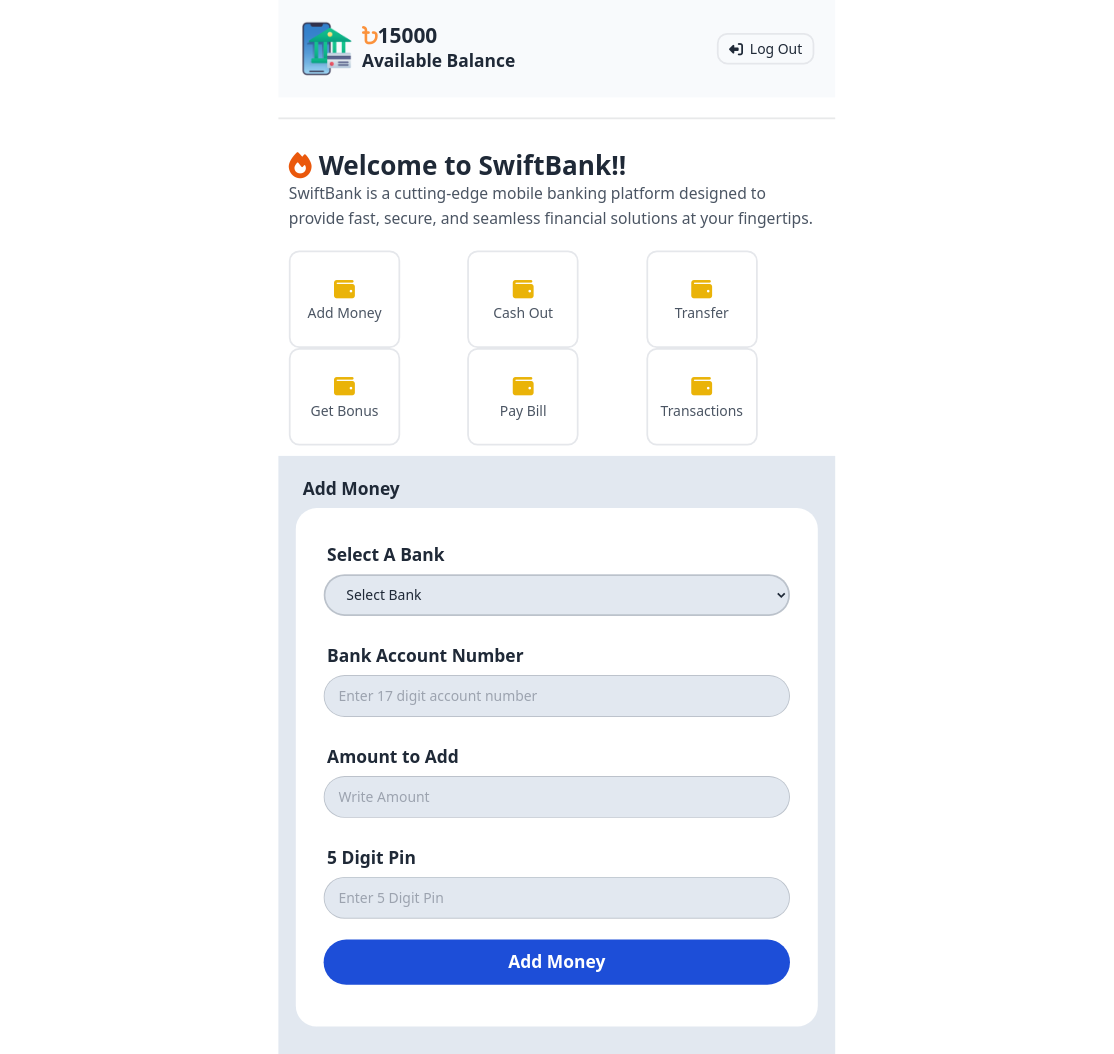
Repository: mukaddam-coder/swift-bank-mobile-banking
Page: home.html
These files come from the project's save history. The page is drawn as it stood at one moment and after the next save; the edit follows.
The browser window is 1280 px wide. The pictures show the whole page, at 87% of full size.
Some web libraries are served in a nearby version.

Above is the page before, as saved 2024-12-16 21:20:26.

### home.html
<!DOCTYPE html>
<html lang="en">
<head>
    <meta charset="UTF-8">
    <meta name="viewport" content="width=device-width, initial-scale=1.0">
    <title>SwiftBank</title>
    <!-- Fontawesome CDN -->
    <script src="https://kit.fontawesome.com/c4e7b2ed2f.js" crossorigin="anonymous"></script>
    <!-- Google Fonts -->
    <link rel="preconnect" href="https://fonts.googleapis.com">
    <link rel="preconnect" href="https://fonts.gstatic.com" crossorigin>
    <link href="https://fonts.googleapis.com/css2?family=Montserrat:ital,wght@0,100..900;1,100..900&display=swap" rel="stylesheet">
    <!-- Tailwind + DaisyUi CDN -->
    <link href="https://cdn.jsdelivr.net/npm/daisyui@4.12.19/dist/full.min.css" rel="stylesheet" type="text/css" />
    <script src="https://cdn.tailwindcss.com"></script>

</head>
<body>

<main>
  <div class="w-1/2 mx-auto p-6 bg-slate-50 h-full flex justify-between items-center">
    <div class="flex gap-2">
        <!-- Logo -->
    <div>
    <img class="w-16 h-16" src="images/mobile-banking.png">
    </div>
    <div>
   <h2 class="text-2xl font-bold" id="main-balance">
   <i class="fa-solid fa-bangladeshi-taka-sign text-orange-400"></i>15000</h2>
   <p class="font-semibold text-xl">Available Balance</p>
</div>
</div>
<div>
<button class="border-2 w-28 px-1 py-1 rounded-xl"> <i class="fa-solid fa-right-from-bracket rotate-180 mr-2"></i>Log Out</button>
</div>
        </div>
    <div class="divider w-1/2 mx-auto"></div>
    <!-- Greetings Section -->
        <section class="w-1/2 mx-auto p-3">
            <h1 class="font-bold text-3xl"><i class="fa-solid fa-fire text-orange-600 text-3xl mr-2"></i>Welcome to SwiftBank!!</h1>
            <p class="text-gray-600 text-lg">
                SwiftBank is a cutting-edge mobile banking platform designed to provide fast, secure, and seamless financial solutions at your fingertips.
            </p>
        </section>
     <!-- User Actionable Dashboard -->

     <section class="w-1/2 mx-auto">
        <div class="grid grid-cols-3 p-3">
          <div class=>
            <button id="show-add-money-section" class="border-2 w-32 h-28 rounded-xl bg-white text-gray-600">
            <p>
              <i class="fa-solid fa-wallet text-yellow-500 text-2xl"></i>
            </p>
            Add Money
           </button>
        </div>
          <div class>
             <button id="show-cash-out-section" class="border-2 w-32 h-28 rounded-xl bg-white text-gray-600">
              <p><i class="fa-solid fa-wallet text-yellow-500 text-2xl"></i></p>
                Cash Out
              </button>
            </div>
          <div>
          <button id="show-money-transfer-section" class="border-2 w-32 h-28 rounded-xl bg-white text-gray-600">
              <p><i class="fa-solid fa-wallet text-2xl text-yellow-500"></i></p>
                Transfer
              </button>
            </div>
          <div class="">
        <button id="show-get-bonus-section" class="border-2 w-32 h-28 rounded-xl bg-white text-gray-600">
            <p><i class="fa-solid fa-wallet text-2xl text-yellow-500"></i></p>
                Get Bonus
            </button>
          </div>
        <div class="">
          <button id="show-pay-bill-section" class="border-2 w-32 h-28 rounded-xl bg-white text-gray-600">
              <p><i class="fa-solid fa-wallet text-2xl text-yellow-500"></i></p>
                      Pay Bill
            </button>
          </div>
        <div class="">
          <button id="show-transaction-history" class="border-2 w-32 h-28 rounded-xl bg-white text-gray-600">
              <p><i class="fa-solid fa-wallet text-2xl text-yellow-500"></i></p>
                      Transactions
              </button>
            </div>

        </div>
      </section>
      <!-- Add Money Section Start -->
      <section id ="add-money-section" class="w-1/2 mx-auto px-5 py-4 bg-slate-200">
        <h2 class="p-2 font-bold text-xl">Add Money</h2>
        <form class="card-body bg-white rounded-3xl">
            <div class="form-control mb-4">
              <label class="label">
                <span class="label-text font-semibold text-xl">Select A Bank</span>
              </label>
              <select id="bank"  class="input-bordered rounded-full bg-slate-200 h-12 px-5 border-2">
                <option value="Select Bank">Select Bank</option>
                <option value="AB Bank PLC">AB Bank PLC</option>
                <option value="Bangladesh Commerce Bank Limited">Bangladesh Commerce Bank Limited</option>
                <option value="Islami Bank Bangladesh PLC">Islami Bank Bangladesh PLC</option>
                <option value="Dutch-Bangla Bank PLC">Dutch-Bangla Bank PLC</option>
                <option value="Jamuna Bank Limited">Jamuna Bank Limited</option>
                <option value="Trust Bank PLC">Trust Bank PLC</option>
              </select>
              </div>
            <div class="form-control mb-4">
              <label class="label">
                <span class="label-text font-semibold text-xl">Bank Account Number</span>
              </label>
              <input id="input-bank-account-field" type="text" placeholder="Enter 17 digit account number" class="input input-bordered rounded-full bg-slate-200" required />
            </div>
            <div class="form-control mb-4">
              <label class="label">
                <span class="label-text font-semibold text-xl">Amount to Add</span>
              </label>
              <input id="input-amount-field" type="text" placeholder="Write Amount" class="input input-bordered rounded-full bg-slate-200" required />
              </div>
            <div class="form-control mb-4">
              <label class="label">
                <span class="label-text font-semibold text-xl">5 Digit Pin</span>
              </label>
              <input id="input-add-money-pin-number" type="password" placeholder="Enter 5 Digit Pin" class="input input-bordered rounded-full bg-slate-200" required />
              </div>
            <div class="form-control mb-4">
              <button id="btn-add-money" class="bg-blue-700 font-bold text-xl text-white p-3 rounded-full">Add Money</button>
            </div>
          </form>
          <!-- Result Message -->
        <p id="result-message" class="text-center font-bold text-lg mt-4"></p>
      </section>
      <!-- Add Money Section End -->

      <!-- Cash Out Section Start -->
      <section id ="cash-out-section" class="hidden w-1/2 mx-auto px-5 py-4 bg-slate-200">
        <h2 class="p-2 font-bold text-xl">Cash Out</h2>
        <form class="card-body bg-white rounded-3xl">
            <div class="form-control mb-4">
              <label class="label">
                <span class="label-text font-semibold text-xl">Agent Number</span>
              </label>
              <input type="number" id="input-cash-out-phone" placeholder="Enter 11 digit number" class="input input-bordered rounded-full bg-slate-200" maxlength="11" required >
              </div>
             <div class="form-control mb-4">
              <label class="label">
                <span class="label-text font-semibold text-xl">Withdrawal Amount</span>
              </label>
              <input id="input-cash-out-field" type="text" placeholder="Write Amount" class="input input-bordered rounded-full bg-slate-200" required />
            </div>
            <div class="form-control mb-4">
              <label class="label">
                <span class="label-text font-semibold text-xl">5 Digit Pin</span>
              </label>
              <input id="input-cash-out-pin-number" type="password" placeholder="Enter 5 Digit Pin" class="input input-bordered rounded-full bg-slate-200" required />
              </div>
          <div class="form-control mb-4">
              <button id="btn-cash-out" class="bg-blue-700 font-bold text-xl text-white p-3 rounded-full">Cash Out</button>
            </div>
          </form>
      </section>
     <!-- Cash Out Section End -->

     <!-- Money Transfer Section Start -->
     <section id ="money-transfer-section" class="hidden w-1/2 mx-auto px-5 py-4 bg-slate-200">
      <h2 class="p-2 font-bold text-xl">Money Transfer</h2>
      <form class="card-body bg-white rounded-3xl">
          <div class="form-control mb-4">
            <label class="label">
              <span class="label-text font-semibold text-xl">User Account Number</span>
            </label>
            <input type="number" id="input-money-transfer-number" placeholder="Enter 11 digit number" class="input input-bordered rounded-full bg-slate-200" maxlength="11" required >
            </div>
           <div class="form-control mb-4">
            <label class="label">
              <span class="label-text font-semibold text-xl">Amount</span>
            </label>
            <input id="input-money-transfer-amount" type="text" placeholder="Enter Amount to transfer" class="input input-bordered rounded-full bg-slate-200" required />
          </div>
          <div class="form-control mb-4">
            <label class="label">
              <span class="label-text font-semibold text-xl">5 Digit Pin</span>
            </label>
            <input id="input-money-transfer-pin" type="password" placeholder="Enter 5 Digit Pin" class="input input-bordered rounded-full bg-slate-200" required />
            </div>
           <div class="form-control mb-4">
            <button id="btn-money-transfer" class="bg-blue-700 font-bold text-xl text-white p-3 rounded-full">Send Now</button>
          </div>
        </form>
    </section>
     <!-- Money Transfer Section End -->

     <!-- Get Bonus Section Start -->
     <section id ="get-bonus-section" class="hidden w-1/2 mx-auto px-5 py-4 bg-slate-200">
      <h2 class="p-2 font-bold text-xl">Get Bonus</h2>
      <form class="card-body bg-white rounded-3xl">
          <div class="form-control mb-4">
            <label class="label">
              <span class="label-text font-semibold text-xl">Bonus Coupon</span>
            </label>
            <input type="text" id="input-bonus-coupon" placeholder="Enter coupon code" class="input input-bordered rounded-full bg-slate-200" maxlength="11" required >
            </div>

           <div class="form-control mb-4">
            <button id="btn-get-bonus" class="bg-blue-700 font-bold text-xl text-white p-3 rounded-full">Get Bonus</button>
          </div>
        </form>
    </section>
     <!-- Get Bonus Section End -->

     <!-- Pay Bill Section Start -->
     <section id ="pay-bill-section" class="hidden w-1/2 mx-auto px-5 py-4 bg-slate-200">
      <h2 class="p-2 font-bold text-xl">Pay Bill</h2>
      <form class="card-body bg-white rounded-3xl">
          <div class="form-control mb-4">
            <label class="label">
              <span class="label-text font-semibold text-xl">Select to Pay</span>
            </label>
            <select id="payment-list"  class="input-bordered rounded-full bg-slate-200 h-12 px-5 border-2">
              <option value="Select option">Select Payment Option</option>
              <option value="Electricity Bill">Electricity Bill</option>
              <option value="Gas Bill">Gas Bill</option>
              <option value="Water Bill">Water Bill</option>
              <option value="Internet Bill">Internet Bill</option>
              <option value="Mobile Recharge">Mobile Recharge</option>
              <option value="Tax Payments">Tax Payments</option>
              <option value="College/University Tuition Fees">College/University Tuition Fees</option>
              <option value="Bus/Train Tickets">Bus/Train Tickets</option>
              <option value="Bus/Train Tickets">Passport or Visa Fees</option>
              <option value="Credit Card Bill Payments">Credit Card Bill Payments</option>
            </select>
            </div>
           <div class="form-control mb-4">
            <label class="label">
              <span class="label-text font-semibold text-xl">Billar Account Number</span>
            </label>
            <input id="input-billar-account-number-field" type="text" placeholder="Enter account number" class="input input-bordered rounded-full bg-slate-200" required />
            </div>
          <div class="form-control mb-4">
            <label class="label">
              <span class="label-text font-semibold text-xl">Amount to Pay</span>
            </label>
            <input id="input-pay-bill-amount-field" type="number" placeholder="Write Amount" class="input input-bordered rounded-full bg-slate-200" required />
            </div>
          <div class="form-control mb-4">
            <label class="label">
              <span class="label-text font-semibold text-xl">5 Digit Pin</span>
            </label>
            <input id="input-pay-bill-pin-number" type="password" placeholder="Enter 5 Digit Pin" class="input input-bordered rounded-full bg-slate-200" required />
            </div>
          <div class="form-control mb-4">
            <button id="btn-pay-bill" class="bg-blue-700 font-bold text-xl text-white p-3 rounded-full">Pay Now</button>
          </div>
        </form>
        <!-- Result Message -->
        <p id="result-message" class="text-center font-bold text-lg mt-4"></p>
    </section>
     <!-- Pay Bill Section End -->

     <!-- Transaction History Start -->
     <section id ="transaction-history-section" class="hidden w-1/2 mx-auto px-5 py-4 bg-slate-200">
      <div class="flex justify-between items-center">
        <h2 class="p-2 font-bold text-xl">Transaction History</h2>
        <p class="p-2">
          <a href="#">View All</a>
        </p>
      </div>

      <div id="transaction-container">

      </div>
    </section>
     <!-- Transaction History End -->
      <script src="Jscript/utilities.js"></script>
      <script src="Jscript/add-money.js"></script>
      <script src="Jscript/cash-out.js"></script>
      <script src="Jscript/features.js"></script>
      <script src="Jscript/money-transfer.js"></script>
      <script src="Jscript/bonus.js"></script>
      <script src="Jscript/pay-bill.js"></script>
       </main>

</body>
</html>

### Jscript/utilities.js
function getInputFieldValueById(id){
    const inputValue = document.getElementById(id).value;
    const inputNumber = parseFloat(inputValue);
    return inputNumber;
}


function getTextFieldValueById(id){
    const textValue = document.getElementById(id).innerText;
    const textNumber = parseFloat(textValue);
    return textNumber;
}

function showSectionById(id){
    // Hide all the section
    document.getElementById('add-money-section').classList.add('hidden');
    document.getElementById('cash-out-section').classList.add('hidden');
    document.getElementById('money-transfer-section').classList.add('hidden');
    document.getElementById('get-bonus-section').classList.add('hidden');
    document.getElementById('pay-bill-section').classList.add('hidden');
//    Show the section with the provided id
    document.getElementById(id).classList.remove('hidden');
};

### Jscript/add-money.js
document.getElementById('btn-add-money').addEventListener('click', function(event){
    event.preventDefault();
   const bankList = document.getElementById('bank').value;
   const addMoney = getInputFieldValueById('input-amount-field');
   const pinNumber = getInputFieldValueById('input-add-money-pin-number');
   const bankAccNumber = getInputFieldValueById('input-bank-account-field');
   const mainBalance = getTextFieldValueById('main-balance');


    if(isNaN(addMoney)){
        alert('Please enter a positive number to add money.');
        return;
    }

    if(addMoney <= 0 ){
        alert('Please enter a positive number to add money.')
    }

   if(pinNumber === 19945 && bankAccNumber >= 6){
        const newBalance = mainBalance + addMoney;
        document.getElementById('main-balance').innerText = newBalance;
        // Get Transaction time
        const transactionTime = new Date();
        const formattedTime = transactionTime.toLocaleString();

        // Add to transaction histoy
       const transactionDiv = document.createElement('div');
               transactionDiv.classList.add('bg-white', 'rounded-xl', 'p-4', 'mb-4');
               transactionDiv.innerHTML = `
                   <div class = "flex justify-between items-center gap-1">
                       <div class="flex w-1/3">
                       <p><i class="fa-solid fa-wallet text-2xl text-yellow-500 rounded-full bg-slate-200 px-3 py-2"></i></p>
                       <h2 class="p-1 font-bold text-xl text-center">Add Money</h2>
                       </div>
                       <div class="flex-1">
                       <p class="text-md"><span class ="font-bold text-green-600">From ${bankList}</span> BDT: ${addMoney} was added to your account, and your new balance is BDT: ${newBalance}</p>
                       <p class="text-sm text-gray-500 font-bold">Transaction Time: ${formattedTime}</p>
                       </div>
                    </div>`;

               // Append transaction to the transaction history container
               document.getElementById('transaction-container').appendChild(transactionDiv);
         }

   else{
    alert('Failed to add money!Please try again.')
   }
})

### Jscript/cash-out.js
document.getElementById('btn-cash-out').addEventListener('click', function(event){
    event.preventDefault();
    const cashOut = getInputFieldValueById('input-cash-out-field');
    const cashOutPin = getInputFieldValueById('input-cash-out-pin-number');
    const agentNumber = getInputFieldValueById('input-cash-out-phone');
    const mainBalance = getTextFieldValueById('main-balance');


    if(isNaN(cashOut)){
        alert('Please enter a positive number to cash out.')
        return;
    }
    if(cashOut <= 0){
        alert('Please enter a valid amount to cash out.')
        return;
    }

    if(cashOut > mainBalance){
        alert('You do not have sufficient balance to cash out.');
        return;
    }

    if(cashOutPin === 19945 && agentNumber === 1735109219){

        const newBalance = mainBalance - cashOut;
     document.getElementById('main-balance').innerText = newBalance;

     // Get Transaction time
     const transactionTime = new Date();
     const formattedTime = transactionTime.toLocaleString();

     // Add to transaction histoy
    const transactionDiv = document.createElement('div');
            transactionDiv.classList.add('bg-white', 'rounded-xl', 'p-4', 'mb-4');
            transactionDiv.innerHTML = `
                <div class = "flex justify-between items-center gap-1">
                    <div class="flex w-1/3">
                    <p><i class="fa-solid fa-wallet text-2xl text-yellow-500 rounded-full bg-slate-200 px-3 py-2"></i></p>
                    <h2 class="p-1 font-bold text-xl text-center">Cash Out</h2>
                    </div>
                    <div class="flex-1">
                    <p class="text-md"><span class ="font-bold text-green-600">Cash out to${agentNumber}</span> BDT: ${cashOut} was successful, and your new balance is BDT: ${newBalance}.</p>
                    <p class="text-sm text-gray-500 font-bold">Transaction Time: ${formattedTime}</p>
                    </div>
                 </div>`;

            // Append transaction to the transaction history container
            document.getElementById('transaction-container').appendChild(transactionDiv);
    }
    else{
        alert('Failed to cash out! Please try again.')
    }
})

### Jscript/features.js

// The add money section will show when the add money button is clicked.
document.getElementById('show-add-money-section').addEventListener('click', function(){
    showSectionById('add-money-section');
});

// The cash-out section will show when the cash-out button is clicked.
document.getElementById('show-cash-out-section').addEventListener('click', function(){
    showSectionById('cash-out-section')
});

// The money transfer section will show when the money transfer button is clicked.

document.getElementById('show-money-transfer-section').addEventListener('click', function(){
    showSectionById('money-transfer-section');
});


document.getElementById('show-get-bonus-section').addEventListener('click', function(){
    showSectionById('get-bonus-section');
});

document.getElementById('show-pay-bill-section').addEventListener('click', function(){
    showSectionById('pay-bill-section');
});


document.getElementById('show-transaction-history').addEventListener('click', function(){
    showSectionById('transaction-history-section');
})

### Jscript/bonus.js
document.getElementById('btn-get-bonus').addEventListener('click', function(event){
    event.preventDefault();
    const getBonusInput = document.getElementById('input-bonus-coupon').value.trim();
    const mainBalanceText = document.getElementById('main-balance').innerText;
    const mainBalance = parseFloat(mainBalanceText);
    const couponCode = 'BONUS10';

    if(getBonusInput === couponCode){
        const bonusAmount = 100;
        const newBalance = mainBalance + bonusAmount;
        document.getElementById('main-balance').innerText = newBalance;
    }
    else{
        alert('Invalid Coupon Code! Please try again.')
    }
})

### Jscript/pay-bill.js
document.getElementById('btn-pay-bill').addEventListener('click', function(event){
         event.preventDefault();

         const paymentList = document.getElementById('payment-list').value;
         const accountNumber = getInputFieldValueById('input-billar-account-number-field');
         const payBillAmount = getInputFieldValueById('input-pay-bill-amount-field');
         const payBillPin = getInputFieldValueById('input-pay-bill-pin-number');

         const mainBalance = getTextFieldValueById('main-balance');

         if(isNaN(payBillAmount)){
            alert('Please enter a positive number.');
            return;
         }

         if(payBillAmount <= 0){
            alert('Please enter a valid amount greater than 0.');
            return;
         }

         if(payBillAmount > mainBalance){
            alert('You do not have sufficient balance to complete the payment.')
            return;
         }

         if(payBillPin === 19945 && accountNumber === 1629501006323){
            const newBalance = mainBalance - payBillAmount;
            document.getElementById('main-balance').innerText = newBalance;
               // add to transaction history
               const transactionDiv = document.createElement('div');
               transactionDiv.classList.add('bg-white', 'rounded-xl', 'p-4', 'mb-4');
               transactionDiv.innerHTML = `
                   <div class = "flex items-center gap-2">
                       <p><i class="fa-solid fa-wallet text-2xl text-yellow-500 rounded-full bg-slate-200 px-3 py-2"></i></p>
                       <h2 class="p-2 font-bold text-lg">${paymentList}</h2>
                       <p class="text-md">BDT ${payBillAmount} paid for ${paymentList}</p>
                       <p class="text-sm text-gray-600">Payment successful! Remaining Balance: BDT ${newBalance}</p>
                   </div>`;

               // Append transaction to the transaction history container
               document.getElementById('transaction-container').appendChild(transactionDiv);
         }

         else{
            alert('Invalid PIN or Account Number! Please try again.')
         }
})

Loaded but not shown: Jscript/money-transfer.js (54 lines, source omitted)

After the next save:
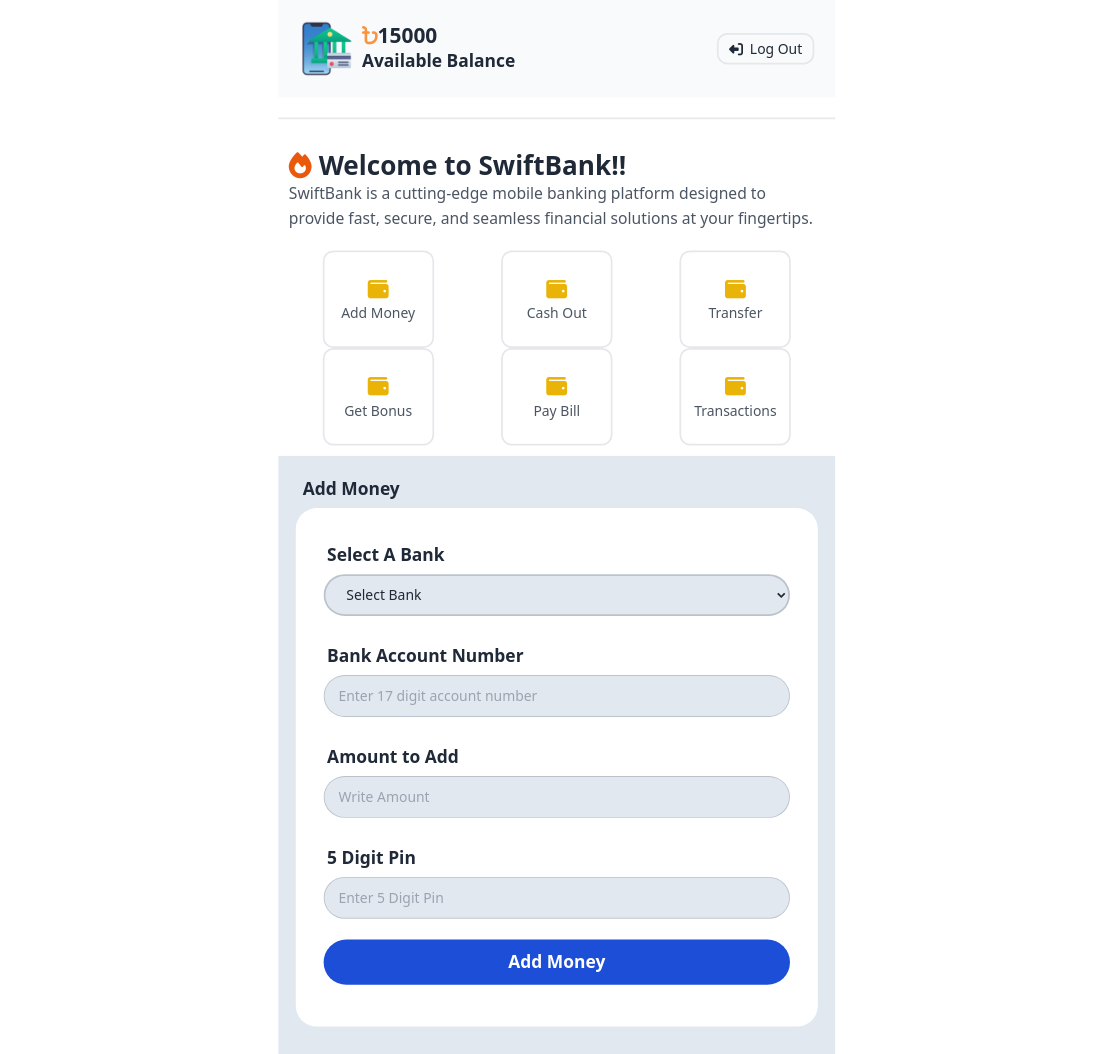
Saved 17 s later.
--- a/home.html
+++ b/home.html
@@ -45,7 +45,7 @@
      <!-- User Actionable Dashboard -->
 
      <section class="w-1/2 mx-auto">
-        <div class="grid grid-cols-3 p-3">
+        <div class="grid grid-cols-3 p-3 text-center">
           <div class=>
             <button id="show-add-money-section" class="border-2 w-32 h-28 rounded-xl bg-white text-gray-600">
             <p>
